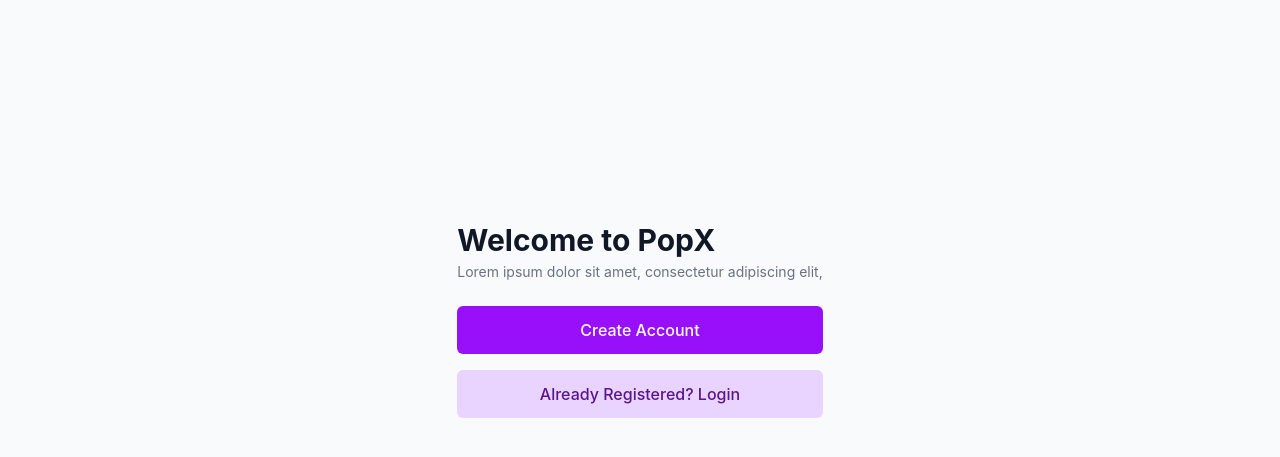
Repository: tanayburbure/inter
Page: /
These files come from the project's save history. The page is drawn as it stood at one moment and after the next save; the edit follows.
The browser window is 1280 px wide. The pictures show the whole page.
The project was rebuilt for these pictures with package versions that can differ from the ones it lists, and the page was loaded fresh each time. Also part of the build but not shown: vite.config.js, src/pages/Login.jsx, src/pages/Signup.jsx, src/pages/Account.jsx.

Above is the page before, as saved 2025-06-17 22:22:47.

### src/index.css
@import "tailwindcss";

body {
  font-family: 'Inter', sans-serif;
}

### src/App.jsx
import React from "react";
import { BrowserRouter as Router, Routes, Route, useLocation, useNavigate } from "react-router-dom";
import Welcome from "./pages/Welcome";
import Login from "./pages/Login";
import Signup from "./pages/Signup";
import Account from "./pages/Account";

function BackButton() {
  const location = useLocation();
  const navigate = useNavigate();

  // Hide the button only on the Welcome page
  if (location.pathname === "/") return null;

  return (
    <button
      onClick={() => navigate(-1)}
      className="absolute top-4 left-4 px-4 py-2 bg-white border border-gray-300 rounded shadow text-sm hover:bg-gray-50"
    >
      ← Back
    </button>
  );
}

export default function App() {
  return (
    <Router>
      <div className="relative min-h-screen bg-gray-100 text-gray-900">
        <BackButton />
        <Routes>
          <Route path="/" element={<Welcome />} />
          <Route path="/login" element={<Login />} />
          <Route path="/signup" element={<Signup />} />
          <Route path="/account" element={<Account />} />
        </Routes>
      </div>
    </Router>
  );
}

### src/pages/Welcome.jsx
import { useNavigate } from 'react-router-dom';

export default function Welcome() {
  const navigate = useNavigate();

  return (
    <div className="min-h-screen md:items-center mg:justify-center lg:items-center lg:justify-center flex flex-col justify-end px-6 py-12 bg-gray-50">
      <div className="mb-20">
        <h1 className="text-3xl font-bold mb-1">Welcome to PopX</h1>
        <p className="text-sm text-gray-500 mb-6">
          Lorem ipsum dolor sit amet, consectetur adipiscing elit,
        </p>
        <button
          onClick={() => navigate('/signup')}
          className="w-full bg-purple-600 text-white py-3 rounded-md font-medium mb-4"
        >
          Create Account
        </button>
        <button
          onClick={() => navigate('/login')}
          className="w-full bg-purple-200 text-purple-900 py-3 rounded-md font-medium"
        >
          Already Registered? Login
        </button>
      </div>
    </div>
  );
}

Loaded but not shown: index.html (common file); src/main.jsx (common file)

After the next save:
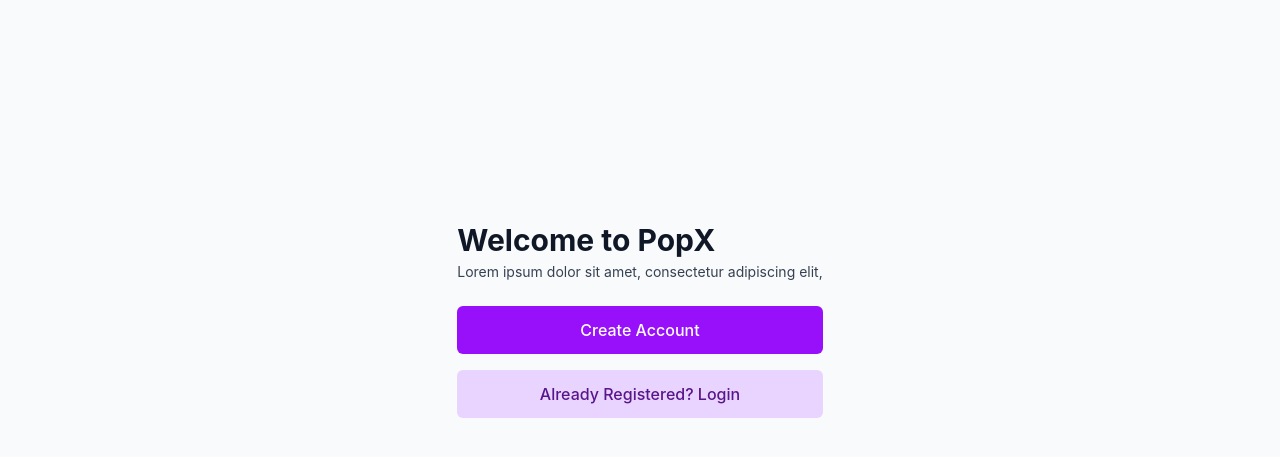
Saved 10 s later.
--- a/src/pages/Welcome.jsx
+++ b/src/pages/Welcome.jsx
@@ -7,7 +7,7 @@
     <div className="min-h-screen md:items-center mg:justify-center lg:items-center lg:justify-center flex flex-col justify-end px-6 py-12 bg-gray-50">
       <div className="mb-20">
         <h1 className="text-3xl font-bold mb-1">Welcome to PopX</h1>
-        <p className="text-sm text-gray-500 mb-6">
+        <p className="text-sm text-gray-700 mb-6">
           Lorem ipsum dolor sit amet, consectetur adipiscing elit,
         </p>
         <button
